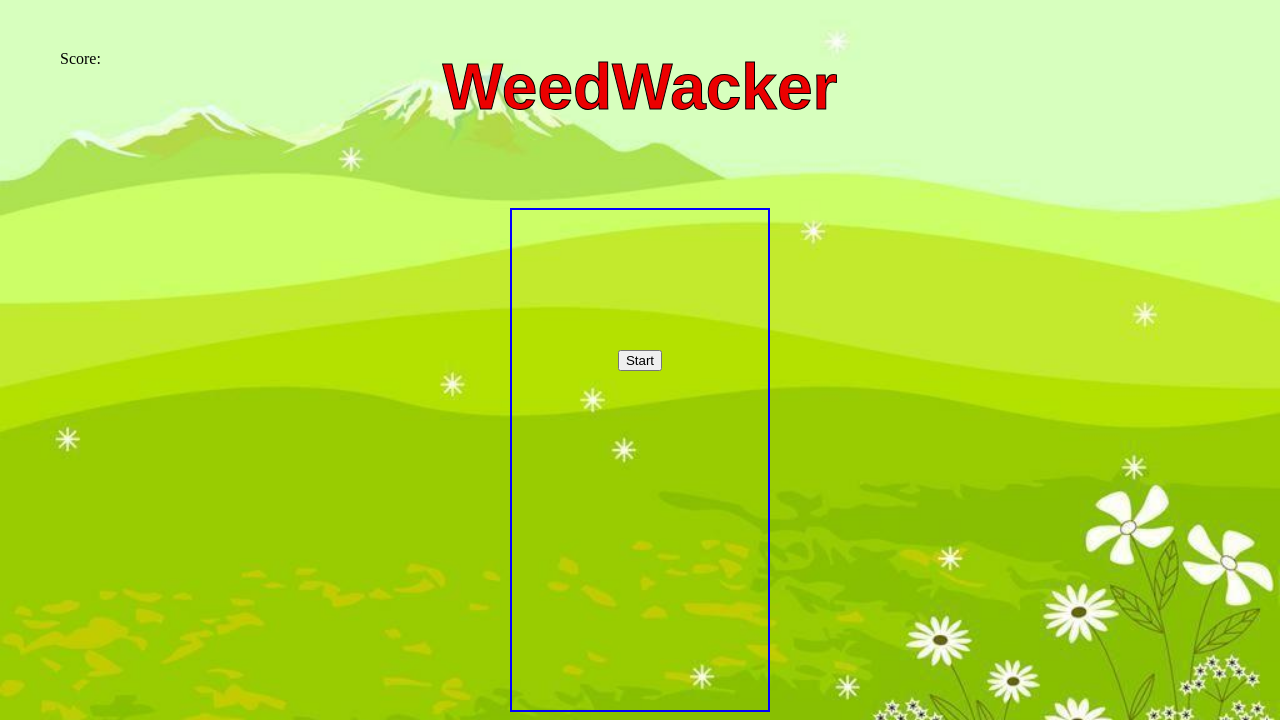
Repository: AustinW24/weedwacker
Page: index.html
These files come from the project's save history. The page is drawn as it stood at one moment and after a run of saves; the edit follows.
The browser window is 1280 px wide. The pictures show the whole page.
Some web fonts or font styles are not loaded; a fallback is used.

Above is the page before, as saved 2022-02-09 09:53:29.

### index.html
<!DOCTYPE html>
<html lang="en">

<head>
    <meta charset="UTF-8">
    <meta name="viewport" content="width=device-width, initial-scale=1.0">
    <meta http-equiv="X-UA-Compatible" content="ie=edge">
    <title>WeedWacker</title>
    <link href="http://fonts.cdnfonts.com/css/common-pixel" rel="stylesheet">
    <link rel="stylesheet" href="style.css">
</head>

<body>
    <div class="container">

        <div class="score">Score: </div>
        <div class="heading">
            <h1 class="title">WeedWacker</h1>
        </div>
        <div class="start">
            <button onClick="startGame()">Start</button>
        </div>
        <div class="grid"></div>

    </div>
    <script src="main.js"></script>
</body>

</html>

### style.css
* {
    box-sizing: border-box;
    margin: 0 auto;
}

.container {
    height: 100vh;
    width: 100vw;
    background: url("/assets/wwbackground.jpg") no-repeat center;
    background-size: 100%;
    display: flex;
    align-items: center;
    justify-content: center;
    position: relative;
}

.grid {
    display: grid;
    place-items: center;
    grid-template-columns: repeat(3, 1fr);
    grid-template-rows: repeat(3, 1fr);
    column-gap: 10px;
    row-gap: 15px;
    width: 20%;
    height: 500px;
    position: absolute;
    bottom: 0;
    margin-bottom: 10px;
    outline: 2px solid blue;
    justify-content: center;
}

.heading {
    display: flex;
    position: absolute;
    top: 0;
    margin-top: 50px;
    font-family: 'Common Pixel', sans-serif;
    color: rgb(235, 0, 0);
    font-size: 2rem;
    -webkit-text-stroke-width: 1px;
    -webkit-text-stroke-color: black;
}

.score {
    left: 0;
    position: absolute;
    top: 0;
    margin-top: 50px;
    margin-left: 60px;
}

### main.js
let score = 0;

After the next 3 saves:
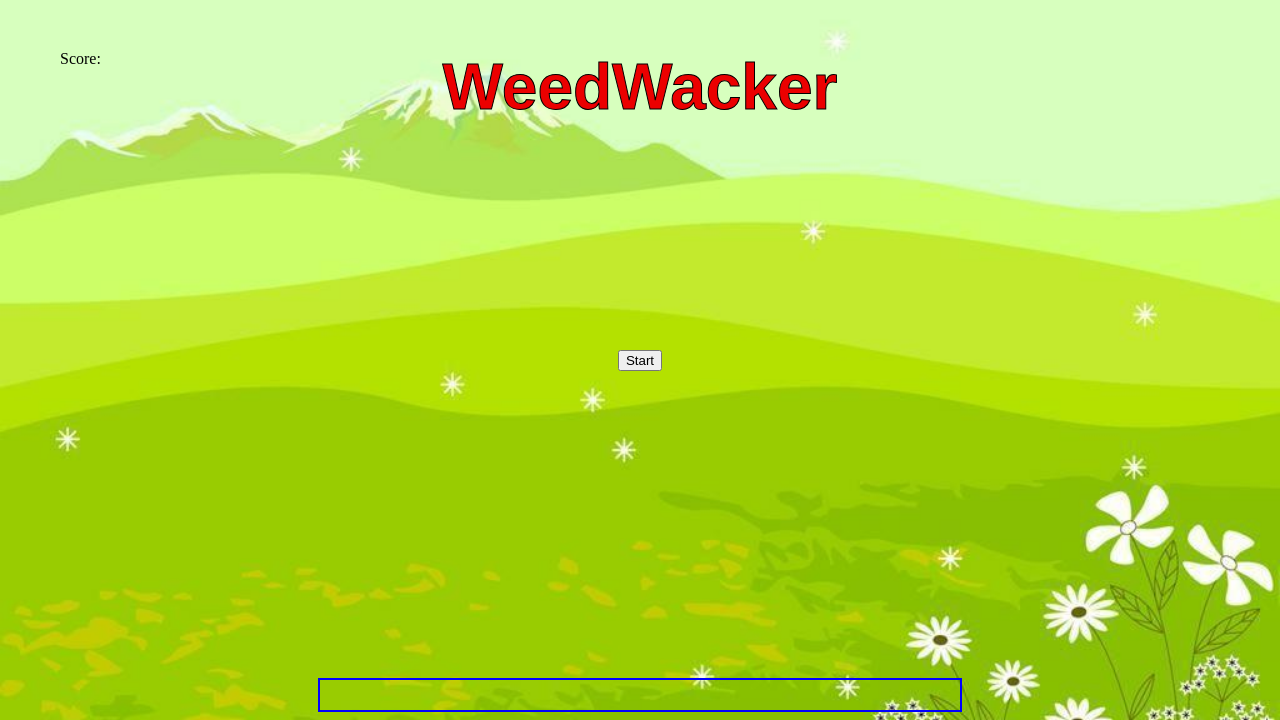
The 3 saves are shown as one change because they came seconds apart.
The last was saved 15 s later.
--- a/style.css
+++ b/style.css
@@ -21,8 +21,8 @@
     grid-template-rows: repeat(3, 1fr);
     column-gap: 10px;
     row-gap: 15px;
-    width: 20%;
-    height: 500px;
+    width: 50%;
+    height: 50&;
     position: absolute;
     bottom: 0;
     margin-bottom: 10px;
